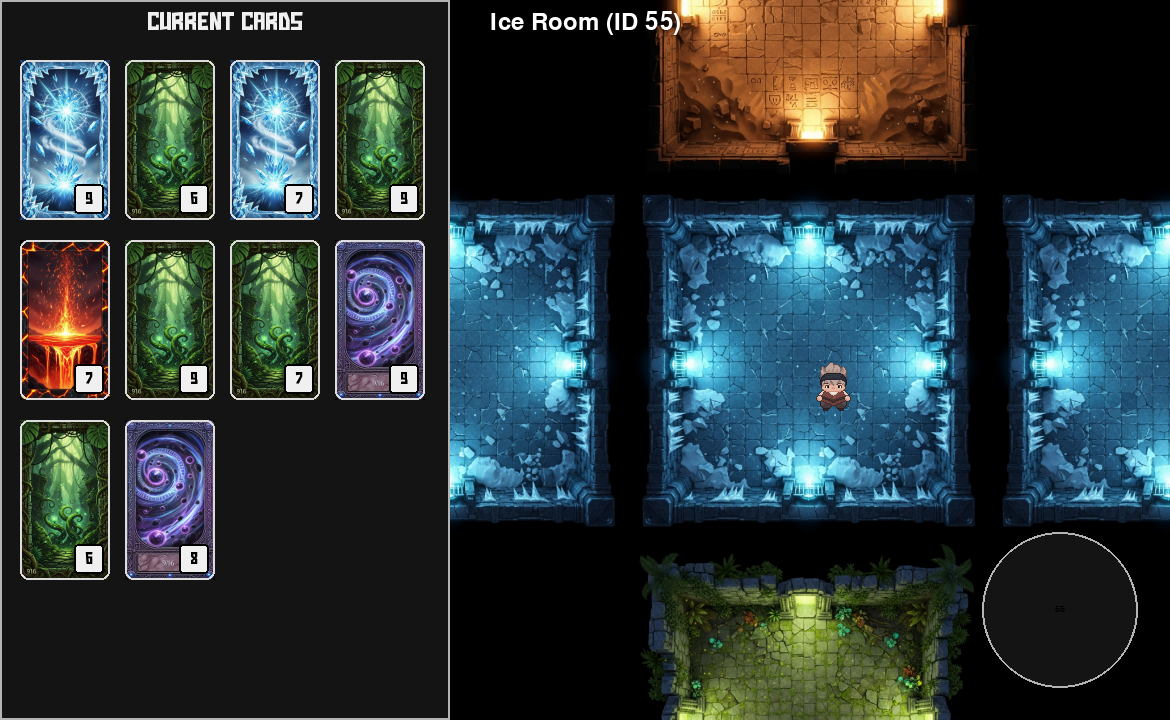
Repository: MehediMim/GateBound
Script's output: python main.py
An editor plug-in stored every save of this project. The script's output is shown before and after a run of saves, followed by the edit.
The window is shown after at most 60 frames with no key pressed. Random numbers start from a fixed seed. It also reads assets/bg_arcane.png, assets/bg_desert.png, assets/bg_ice.png, assets/bg_jungle.png, assets/bg_volcanic.png, assets/card_arcane.jpeg, assets/card_desert.jpeg, assets/card_ice.jpeg, assets/card_jungle.jpeg, assets/card_volcanic.jpeg, assets/player_idle.png, assets/player_walk.png and 1 more files.

Above is the script's output before, as saved 2026-01-26 23:55:21.

### main.py
import pygame
import sys
import random

# =========================
# CONFIG
# =========================
ROOM_ORIGINAL = 720
ROOM_SCALE = 0.5
ROOM_DRAW = int(ROOM_ORIGINAL * ROOM_SCALE)  # 512
FPS = 60
PLAYER_SPEED = 5
DEBUG = False
CARD_WIDTH  = 90
CARD_HEIGHT = 160   # 180 × 16 / 9 ≈ 320

CAN_PASS_DOOR = False

FRAME_SIZE = 64
FRAMES_PER_ROW = 4



DIR_ROW = {
    "bottom": 0,
    "left": 1,
    "top": 2,
    "right": 3
}

selected_card_index = None
show_swap_ui = False

explored_rooms = set()



GRID_W = 10
GRID_H = 10

visited_rooms = set()


# =========================
# UI / LAYOUT (IMPORTANT)
# =========================
SIDEBAR_W = 450            # LEFT UI ONLY
PREVIEW_MARGIN = ROOM_DRAW // 2     # space for half rooms

SCREEN_WIDTH  = SIDEBAR_W + ROOM_DRAW + PREVIEW_MARGIN * 2
SCREEN_HEIGHT = ROOM_DRAW + PREVIEW_MARGIN * 2

CARD_TYPES = ["Jungle", "Desert", "Ice", "Volcanic", "Arcane"]
CARD_MIN_POWER = 1
CARD_MAX_POWER = 9
MAX_CARDS = 10

selected_card_indices = set()


# One card per gate (fixed once generated)
gate_cards = {
    "top":    {"reward": None, "power": None},
    "bottom": {"reward": None, "power": None},
    "left":   {"reward": None, "power": None},
    "right":  {"reward": None, "power": None},
}

def create_random_card():
    return {
        "type": random.choice(CARD_TYPES),
        "power": random.randint(CARD_MIN_POWER, CARD_MAX_POWER)
    }
cards = []
for _ in range(MAX_CARDS):
    c = create_random_card()
    c["power"] = random.randint(6, CARD_MAX_POWER)  # stronger start
    cards.append(c)

def init_gate_cards():
    for d in gate_cards:
        power = random.randint(CARD_MIN_POWER, CARD_MAX_POWER)
        gate_cards[d]["power"] = power

        reward = create_random_card()
        reward["power"] = power   # SAME POWER
        gate_cards[d]["reward"] = reward





# =========================
# INIT
# =========================
pygame.init()
screen = pygame.display.set_mode((SCREEN_WIDTH, SCREEN_HEIGHT))
idle_sheet = pygame.image.load("assets/player_idle.png").convert_alpha()
walk_sheet = pygame.image.load("assets/player_walk.png").convert_alpha()

pygame.display.set_caption("Tower Puzzle — Rooms (10x10)")
clock = pygame.time.Clock()

font = pygame.font.SysFont(None, 36)
map_font = pygame.font.SysFont(None, 14)
retro_font = pygame.font.Font("assets/retro.ttf", 26)
retro_small = pygame.font.Font("assets/retro.ttf", 16)

player_dir = "bottom"   # default facing
player_frame = 0
anim_timer = 0
moving = False


def get_player_frame(direction, frame, moving):
    row = DIR_ROW[direction]
    sheet = walk_sheet if moving else idle_sheet

    x = frame * FRAME_SIZE
    y = row * FRAME_SIZE

    return sheet.subsurface((x, y, FRAME_SIZE, FRAME_SIZE))

# =========================
# ROOM TYPES + BG
# =========================
ROOM_TYPES = ["Jungle", "Desert", "Ice", "Volcanic", "Arcane"]

BG_RAW = {
    "Jungle": pygame.image.load("assets/bg_jungle.png").convert(),
    "Desert": pygame.image.load("assets/bg_desert.png").convert(),
    "Ice": pygame.image.load("assets/bg_ice.png").convert(),
    "Volcanic": pygame.image.load("assets/bg_volcanic.png").convert(),
    "Arcane": pygame.image.load("assets/bg_arcane.png").convert(),
}
card_images = {
    "jungle": pygame.image.load("assets/card_jungle.jpeg").convert_alpha(),
    "desert": pygame.image.load("assets/card_desert.jpeg").convert_alpha(),
    "ice": pygame.image.load("assets/card_ice.jpeg").convert_alpha(),
    "volcanic": pygame.image.load("assets/card_volcanic.jpeg").convert_alpha(),
    "arcane": pygame.image.load("assets/card_arcane.jpeg").convert_alpha(),
}
CARD_IMAGE_KEY = {
    "Jungle": "jungle",
    "Desert": "desert",
    "Ice": "ice",
    "Volcanic": "volcanic",
    "Arcane": "arcane",
}

ROOM_COLORS = {
    "Jungle":   (60, 160, 90),
    "Desert":   (210, 190, 90),
    "Ice":      (140, 200, 255),
    "Volcanic": (200, 80, 60),
    "Arcane":   (160, 110, 210),
}

passed_free_gate = {
    "top": False,
    "bottom": False,
    "left": False,
    "right": False,
}

def update_free_gate():
    for d, g in FREE_GATES.items():
        if player.colliderect(g):
            passed_free_gate[d] = True


BG = {
    k: pygame.transform.smoothscale(v, (ROOM_DRAW, ROOM_DRAW))
    for k, v in BG_RAW.items()
}

for key in card_images:
    card_images[key] = pygame.transform.smoothscale(
        card_images[key],
        (CARD_WIDTH, CARD_HEIGHT)
    )

# =========================
# GAME BOX (UNCHANGED LOGIC)
# =========================
GAME_BOX_RECT = pygame.Rect(
    SIDEBAR_W + PREVIEW_MARGIN,
    PREVIEW_MARGIN,
    ROOM_DRAW,
    ROOM_DRAW
)

ROOM_RECT = GAME_BOX_RECT.copy()

GATE_THICK = 6

# FREE gate is closer to room center (hit first)
FREE_GATES = {
    "top":    pygame.Rect(ROOM_RECT.centerx - 56, ROOM_RECT.top + 28, 112, GATE_THICK),
    "bottom": pygame.Rect(ROOM_RECT.centerx - 56, ROOM_RECT.bottom - 28 - GATE_THICK, 112, GATE_THICK),
    "left":   pygame.Rect(ROOM_RECT.left + 28, ROOM_RECT.centery - 56, GATE_THICK, 112),
    "right":  pygame.Rect(ROOM_RECT.right - 28 - GATE_THICK, ROOM_RECT.centery - 56, GATE_THICK, 112),
}

# LOCKED gate is closer to the edge (hit second)
LOCKED_GATES = {
    "top":    pygame.Rect(ROOM_RECT.centerx - 56, ROOM_RECT.top + 12, 112, GATE_THICK),
    "bottom": pygame.Rect(ROOM_RECT.centerx - 56, ROOM_RECT.bottom - 12 - GATE_THICK, 112, GATE_THICK),
    "left":   pygame.Rect(ROOM_RECT.left + 12, ROOM_RECT.centery - 56, GATE_THICK, 112),
    "right":  pygame.Rect(ROOM_RECT.right - 12 - GATE_THICK, ROOM_RECT.centery - 56, GATE_THICK, 112),
}


# =========================
# DOORS
# =========================
DOORS = {
    "top":    pygame.Rect(ROOM_RECT.centerx - 56, ROOM_RECT.top - 112, 112, 112),
    "bottom": pygame.Rect(ROOM_RECT.centerx - 56, ROOM_RECT.bottom,     112, 112),
    "left":   pygame.Rect(ROOM_RECT.left - 112,   ROOM_RECT.centery - 56, 112, 112),
    "right":  pygame.Rect(ROOM_RECT.right,        ROOM_RECT.centery - 56, 112, 112),
}

WALL_THICK = 32

WALLS = {
    "top": pygame.Rect(
        ROOM_RECT.left, ROOM_RECT.top,
        ROOM_DRAW, WALL_THICK
    ),
    "bottom": pygame.Rect(
        ROOM_RECT.left, ROOM_RECT.bottom - WALL_THICK,
        ROOM_DRAW, WALL_THICK
    ),
    "left": pygame.Rect(
        ROOM_RECT.left, ROOM_RECT.top,
        WALL_THICK, ROOM_DRAW
    ),
    "right": pygame.Rect(
        ROOM_RECT.right - WALL_THICK, ROOM_RECT.top,
        WALL_THICK, ROOM_DRAW
    ),
}


WALK_RECT = ROOM_RECT.copy()
for r in DOORS.values():
    WALK_RECT.union_ip(r)

SPAWN = ROOM_RECT.center

# =========================
# WORLD (10x10 FIXED)
# =========================
rooms = {}

def room_id(x, y):
    return y * GRID_W + x

def create_world():
    for y in range(GRID_H):
        for x in range(GRID_W):
            rid = room_id(x, y)
            links = {}
            if y > 0: links["top"] = room_id(x, y - 1)
            if y < GRID_H - 1: links["bottom"] = room_id(x, y + 1)
            if x > 0: links["left"] = room_id(x - 1, y)
            if x < GRID_W - 1: links["right"] = room_id(x + 1, y)

            rooms[rid] = {
                "id": rid,
                "pos": (x, y),
                "type": random.choice(ROOM_TYPES),
                "links": links,
                "open_gates": {d: False for d in links}   # 👈 ADD THIS
            }


create_world()
current = room_id(GRID_W // 2, GRID_H // 2)
init_gate_cards()
visited_rooms.add(current)



# =========================
# PLAYER
# =========================
player = pygame.Rect(0, 0, 16, 16)
player.center = SPAWN

# =========================
# CARDS
# =========================


# =========================
# MOVEMENT
# =========================
def move(dx, dy):
    # X
    player.x += dx
    for w in get_blocking_walls():
        if player.colliderect(w):
            if dx > 0: player.right = w.left
            if dx < 0: player.left = w.right



    # Y
    player.y += dy
    for w in get_blocking_walls():
        if player.colliderect(w):
            if dy > 0: player.bottom = w.top
            if dy < 0: player.top = w.bottom

    for d, g in LOCKED_GATES.items():
        if rooms[current]["open_gates"].get(d, False):
            continue

        if not passed_free_gate[d]:
            continue
        if player.colliderect(g):
            if dx > 0: player.right = g.left
            if dx < 0: player.left = g.right
            if dy > 0: player.bottom = g.top
            if dy < 0: player.top = g.bottom

def can_interact_gate():
    d = get_free_gate_dir()
    if d is None:
        return None

    # gate already permanently open → no interaction
    if rooms[current]["open_gates"].get(d, False):
        return None

    return d



def try_swap_with_gate(d, selected_indices):
    global cards

    required_type = get_next_room_type(d)
    required_power = gate_cards[d]["power"]

    chosen = [cards[i] for i in selected_indices]

    # TYPE CHECK
    if any(c["type"] != required_type for c in chosen):
        return False

    # POWER SUM CHECK
    if sum(c["power"] for c in chosen) < required_power:
        return False


    # REMOVE GIVEN CARDS
    for i in sorted(selected_indices, reverse=True):
        cards.pop(i)

    # ADD REWARD CARD
    cards.append(gate_cards[d]["reward"])

    cur = current
    nxt = rooms[current]["links"][d]

    # open gate both sides
    rooms[cur]["open_gates"][d] = True

    opposite = {"top":"bottom", "bottom":"top", "left":"right", "right":"left"}
    rooms[nxt]["open_gates"][opposite[d]] = True

    change_room(d)

    return True



def change_room(direction):
    global current, passed_free_gate

    # mark neighbors as explored
    for nxt in rooms[current]["links"].values():
        explored_rooms.add(nxt)

    if direction in rooms[current]["links"]:
        current = rooms[current]["links"][direction]
        visited_rooms.add(current)
        explored_rooms.add(current)

        player.center = SPAWN
        passed_free_gate = {k: False for k in passed_free_gate}


def can_use_card_for_gate(card, d):
    if d is None:
        return False

    required_type = get_next_room_type(d)
    required_power = gate_cards[d]["power"]

    if card["type"] != required_type:
        return False

    # total power of ALL SAME-TYPE cards (including this one)
    total = sum(
        c["power"] for c in cards
        if c["type"] == required_type
    )

    # glow ONLY if reaching the requirement is possible
    return total >= required_power



def handle_doors():
    global current

    for d, r in DOORS.items():
        if not rooms[current]["open_gates"].get(d, False):
            continue

        if player.colliderect(r):
            prev = current
            current = rooms[current]["links"].get(d, current)
            player.center = SPAWN

            # clear transient states ONLY
            for k in passed_free_gate:
                passed_free_gate[k] = False

            # ensure gate is open from BOTH sides
            opposite = {
                "top": "bottom",
                "bottom": "top",
                "left": "right",
                "right": "left"
            }[d]

            rooms[current].setdefault("open_gates", {})
            rooms[current]["open_gates"][opposite] = True

            init_gate_cards()
            break

def draw_press_e_hint():
    d = get_free_gate_dir()

    if d is None:
        return
    txt = retro_small.render("PRESS E", True, (255, 255, 255))
    screen.blit(txt, (player.centerx - txt.get_width() // 2, player.top - 20))


# =========================
# DRAW UI
# =========================

def draw_cards_title():
    text = retro_font.render("CURRENT CARDS", True, (240, 240, 240))
    x = (SIDEBAR_W - text.get_width()) // 2
    y = 10
    screen.blit(text, (x, y))


def draw_cards():
    start_x = 20
    start_y = 60
    gap_x = 15
    gap_y = 20
    cards_per_row = 4

    for i, c in enumerate(cards):
        key = CARD_IMAGE_KEY[c["type"]]

        row = i // cards_per_row
        col = i % cards_per_row

        x = start_x + col * (CARD_WIDTH + gap_x)
        y = start_y + row * (CARD_HEIGHT + gap_y)

        # card image
        screen.blit(card_images[key], (x, y))

        # GLOW IF CARD CAN BE USED FOR CURRENT GATE
        d = can_interact_gate()
        if d and can_use_card_for_gate(c, d):
            glow = pygame.Surface((CARD_WIDTH, CARD_HEIGHT), pygame.SRCALPHA)
            glow.fill((255, 255, 255, 50))
            screen.blit(glow, (x, y))


        # border
        if i in selected_card_indices:
            # glow border
            pygame.draw.rect(
                screen,
                (255, 255, 120),   # glow color
                (x-3, y-3, CARD_WIDTH+6, CARD_HEIGHT+6),
                3,
                border_radius=10
            )

        pygame.draw.rect(
            screen,
            (220, 220, 220),
            (x, y, CARD_WIDTH, CARD_HEIGHT),
            2,
            border_radius=8
        )


        # 🔥 POWER BADGE (BOTTOM-RIGHT)
        power_text = retro_small.render(str(c["power"]), True, (0, 0, 0))
        badge_size = 30
        badge_x = x + CARD_WIDTH - badge_size - 6
        badge_y = y + CARD_HEIGHT - badge_size - 6

        pygame.draw.rect(
            screen,
            (240, 240, 240),
            (badge_x, badge_y, badge_size, badge_size),
            border_radius=4
        )
        pygame.draw.rect(
            screen,
            (0, 0, 0),
            (badge_x, badge_y, badge_size, badge_size),
            2,
            border_radius=4
        )

        screen.blit(
            power_text,
            (
                badge_x + (badge_size - power_text.get_width()) // 2,
                badge_y + (badge_size - power_text.get_height()) // 2
            )
        )


def get_free_gate_dir():
    for d, g in FREE_GATES.items():
        if player.colliderect(g):
            return d
    return None

def draw_full_card(card, x, y):
    key = CARD_IMAGE_KEY[card["type"]]

    # image
    screen.blit(card_images[key], (x, y))

    # border
    pygame.draw.rect(
        screen,
        (220, 220, 220),
        (x, y, CARD_WIDTH, CARD_HEIGHT),
        2,
        border_radius=8
    )

    # power badge
    badge_size = 30
    badge_x = x + CARD_WIDTH - badge_size - 6
    badge_y = y + CARD_HEIGHT - badge_size - 6

    pygame.draw.rect(
        screen,
        (240, 240, 240),
        (badge_x, badge_y, badge_size, badge_size),
        border_radius=4
    )
    pygame.draw.rect(
        screen,
        (0, 0, 0),
        (badge_x, badge_y, badge_size, badge_size),
        2,
        border_radius=4
    )

    power_text = retro_small.render(str(card["power"]), True, (0, 0, 0))
    screen.blit(
        power_text,
        (
            badge_x + (badge_size - power_text.get_width()) // 2,
            badge_y + (badge_size - power_text.get_height()) // 2
        )
    )



def draw_debug_borders():
    # Sidebar
    pygame.draw.rect(screen, (255, 0, 0), (0, 0, SIDEBAR_W, SCREEN_HEIGHT), 2)

    # Main room
    pygame.draw.rect(screen, (0, 255, 0), ROOM_RECT, 2)

    # Doors
    for w in get_blocking_walls():
        pygame.draw.rect(screen, (255, 0, 0), w, 2)

    for g in FREE_GATES.values():
        pygame.draw.rect(screen, (0, 255, 0), g, 2)   # first = free

    for g in LOCKED_GATES.values():
        pygame.draw.rect(screen, (255, 255, 0), g, 2) # second = needs E


    # Walkable area
    pygame.draw.rect(screen, (0, 200, 255), WALK_RECT, 2)

    # Card slots
    start_x = 20
    start_y = 60
    gap_x = 15
    gap_y = 20
    cards_per_row = 3

    for i in range(MAX_CARDS):
        row = i // cards_per_row
        col = i % cards_per_row

        x = start_x + col * (CARD_WIDTH + gap_x)
        y = start_y + row * (CARD_HEIGHT + gap_y)

        pygame.draw.rect(
            screen,
            (255, 0, 255),
            (x, y, CARD_WIDTH, CARD_HEIGHT),
            1
        )


def get_blocking_walls():
    blocks = []

    for side, wall in WALLS.items():
        door = DOORS[side]
        left_part = wall.clip(
            pygame.Rect(wall.left, wall.top, door.left - wall.left, wall.height)
        )
        right_part = wall.clip(
            pygame.Rect(door.right, wall.top, wall.right - door.right, wall.height)
        )

        if wall.width > wall.height:  # horizontal wall
            blocks.append(pygame.Rect(wall.left, wall.top, door.left - wall.left, wall.height))
            blocks.append(pygame.Rect(door.right, wall.top, wall.right - door.right, wall.height))
        else:  # vertical wall
            blocks.append(pygame.Rect(wall.left, wall.top, wall.width, door.top - wall.top))
            blocks.append(pygame.Rect(wall.left, door.bottom, wall.width, wall.bottom - door.bottom))

    return blocks

def get_next_room_type(d):
    nxt = rooms[current]["links"].get(d)
    if nxt is None:
        return None
    return rooms[nxt]["type"]

def draw_minimap():
    panel_size = 160
    panel_x = SCREEN_WIDTH - panel_size - 30
    panel_y = SCREEN_HEIGHT - panel_size - 30


    node = 14
    gap = 4
    step = node + gap
    radius = 5  # how many rooms around current

    center = (panel_x + panel_size // 2, panel_y + panel_size // 2)
    radius_px = panel_size // 2 -2

    pygame.draw.circle(screen, (20, 20, 20), center, radius_px)
    pygame.draw.circle(screen, (180, 180, 180), center, radius_px, 2)

    cx0, cy0 = rooms[current]["pos"]

    center_x = panel_x + panel_size // 2 - node // 2
    center_y = panel_y + panel_size // 2 - node // 2

    for dy in range(-radius, radius + 1):
        for dx in range(-radius, radius + 1):
            nx = cx0 + dx
            ny = cy0 + dy

            if nx < 0 or ny < 0 or nx >= GRID_W or ny >= GRID_H:
                continue

            rid = room_id(nx, ny)

            x = center_x + dx * step
            y = center_y + dy * step

            if rid == current:
                color = (255, 255, 255)  # CURRENT
            elif rid in visited_rooms:
                color = (245, 245, 245)  # VISITED
            elif rid in explored_rooms:
                color = ROOM_COLORS[rooms[rid]["type"]]  # EXPLORED
            else:
                color = (0, 0, 0)  # UNKNOWN

            rx = x + node // 2
            ry = y + node // 2


            if rid in visited_rooms:
                if (rx - center[0])**2 + (ry - center[1])**2 <= radius_px**2:
                    screen.blit(map_font.render(str(rid), True, (0, 0, 0)), (x + 2, y + 1))


def draw_card(screen, card_type, x, y):
    draw_full_card(card_type, x, y)


def draw_card_with_border(screen, card_type, x, y):
    screen.blit(card_images[card_type], (x, y))
    pygame.draw.rect(
        screen,
        (220, 220, 220),  # light border
        (x, y, CARD_WIDTH, CARD_HEIGHT),
        2
    )

def draw_selected_card(screen, card_type, x, y):
    screen.blit(card_images[card_type], (x, y))
    glow_rect = pygame.Surface((CARD_WIDTH, CARD_HEIGHT), pygame.SRCALPHA)
    glow_rect.fill((255, 255, 255, 40))  # soft white glow
    screen.blit(glow_rect, (x, y))

def draw_gate_card_popup():
    d = can_interact_gate()
    if d is None:
        return

    give_type = get_next_room_type(d)
    power = gate_cards[d]["power"]
    reward = gate_cards[d]["reward"]

    cx = ROOM_RECT.centerx
    cy = ROOM_RECT.centery

    # GIVE
    txt1 = retro_small.render("YOU GIVE", True, (255,255,255))
    screen.blit(txt1, (cx-120, cy-140))
    draw_full_card({"type": give_type, "power": power}, cx-150, cy-110)

    # GET
    txt2 = retro_small.render("YOU GET", True, (255,255,255))
    screen.blit(txt2, (cx+30, cy-140))
    draw_full_card(reward, cx+30, cy-110)


def draw_swap_button():
    if not show_swap_ui or not selected_card_indices:
        return None


    rect = pygame.Rect(
        ROOM_RECT.centerx - 60,
        ROOM_RECT.centery + CARD_HEIGHT//2 + 20,
        120, 40
    )

    pygame.draw.rect(screen, (80,180,80), rect, border_radius=6)
    pygame.draw.rect(screen, (0,0,0), rect, 2)

    txt = retro_small.render("SWAP", True, (0,0,0))
    screen.blit(txt, (rect.centerx - txt.get_width()//2,
                      rect.centery - txt.get_height()//2))
    return rect


# =========================
# LOOP
# =========================
while True:
    clock.tick(FPS)
    pressed_e = False
    for e in pygame.event.get():
        if e.type == pygame.QUIT:
            pygame.quit()
            sys.exit()
        if e.type == pygame.KEYDOWN and e.key == pygame.K_e:
            pressed_e = True

    if show_swap_ui and e.type == pygame.MOUSEBUTTONDOWN:
        mx, my = e.pos
        start_x = 20
        start_y = 60
        gap_x = 15
        gap_y = 20
        cards_per_row = 3
        for i, c in enumerate(cards):
            row = i // cards_per_row
            col = i % cards_per_row
            x = start_x + col * (CARD_WIDTH + gap_x)
            y = start_y + row * (CARD_HEIGHT + gap_y)

            card_rect = pygame.Rect(x, y, CARD_WIDTH, CARD_HEIGHT)
            if card_rect.collidepoint(mx, my):
                if i in selected_card_indices:
                    selected_card_indices.remove(i)
                else:
                    selected_card_indices.add(i)
                break



    if show_swap_ui and e.type == pygame.MOUSEBUTTONDOWN:
        btn = draw_swap_button()
        if btn and btn.collidepoint(e.pos):
            d = can_interact_gate()
            if d and selected_card_indices:
                if try_swap_with_gate(d, selected_card_indices):
                    selected_card_indices.clear()





    k = pygame.key.get_pressed()
    dx = dy = 0
    if k[pygame.K_a] or k[pygame.K_LEFT]: dx -= PLAYER_SPEED
    if k[pygame.K_d] or k[pygame.K_RIGHT]: dx += PLAYER_SPEED
    if k[pygame.K_w] or k[pygame.K_UP]: dy -= PLAYER_SPEED
    if k[pygame.K_s] or k[pygame.K_DOWN]: dy += PLAYER_SPEED

    move(dx, dy)
        # === STEP 4: animation update ===
    if dx != 0 or dy != 0:
        moving = True

        if dy > 0: player_dir = "bottom"
        elif dy < 0: player_dir = "top"
        elif dx < 0: player_dir = "left"
        elif dx > 0: player_dir = "right"

        anim_timer += 1
        if anim_timer >= 8:        # animation speed
            anim_timer = 0
            player_frame = (player_frame + 1) % 4
    else:
        moving = False
        player_frame = 0






    handle_doors()

    update_free_gate()

    gate_dir = can_interact_gate()
    show_swap_ui = gate_dir is not None



    screen.fill((0,0,0))

    # Sidebar
    pygame.draw.rect(screen, (20,20,20), (0,0,SIDEBAR_W,SCREEN_HEIGHT))
    pygame.draw.rect(screen, (180,180,180), (0,0,SIDEBAR_W,SCREEN_HEIGHT), 2)

    # Game box border
    pygame.draw.rect(screen, (30,30,30), GAME_BOX_RECT)
    pygame.draw.rect(screen, (180,180,180), GAME_BOX_RECT, 2)

    room = rooms[current]
    cx, cy = ROOM_RECT.topleft
    w = h = ROOM_DRAW
    half = w // 2

    # Center
    screen.blit(BG[room["type"]], (cx, cy))

    # Neighbors (VISIBLE, NOT CLIPPED)
    if "top" in room["links"]:
        t = rooms[room["links"]["top"]]
        screen.blit(BG[t["type"]].subsurface((0, half, w, half)), (cx, cy-half))
    if "bottom" in room["links"]:
        b = rooms[room["links"]["bottom"]]
        screen.blit(BG[b["type"]].subsurface((0, 0, w, half)), (cx, cy+w))
    if "left" in room["links"]:
        l = rooms[room["links"]["left"]]
        screen.blit(BG[l["type"]].subsurface((half, 0, half, h)), (cx-half, cy))
    if "right" in room["links"]:
        r = rooms[room["links"]["right"]]
        screen.blit(BG[r["type"]].subsurface((0, 0, half, h)), (cx+w, cy))

    # === STEP 5: draw animated player ===
    img = get_player_frame(player_dir, player_frame, moving)
    screen.blit(img, player.topleft)

    draw_press_e_hint()
    draw_cards_title()
    # draw_cards()
    # draw_gate_card_popup()


    draw_cards()
    # draw_cards()
    draw_minimap()
    draw_gate_card_popup()
    draw_swap_button()



    label = font.render(f"{room['type']} Room (ID {current})", True, (255,255,255))
    screen.blit(label, (SCREEN_WIDTH//2 - label.get_width()//2, 10))


    if DEBUG:
        draw_debug_borders()


    pygame.display.flip()

After the next 8 saves:
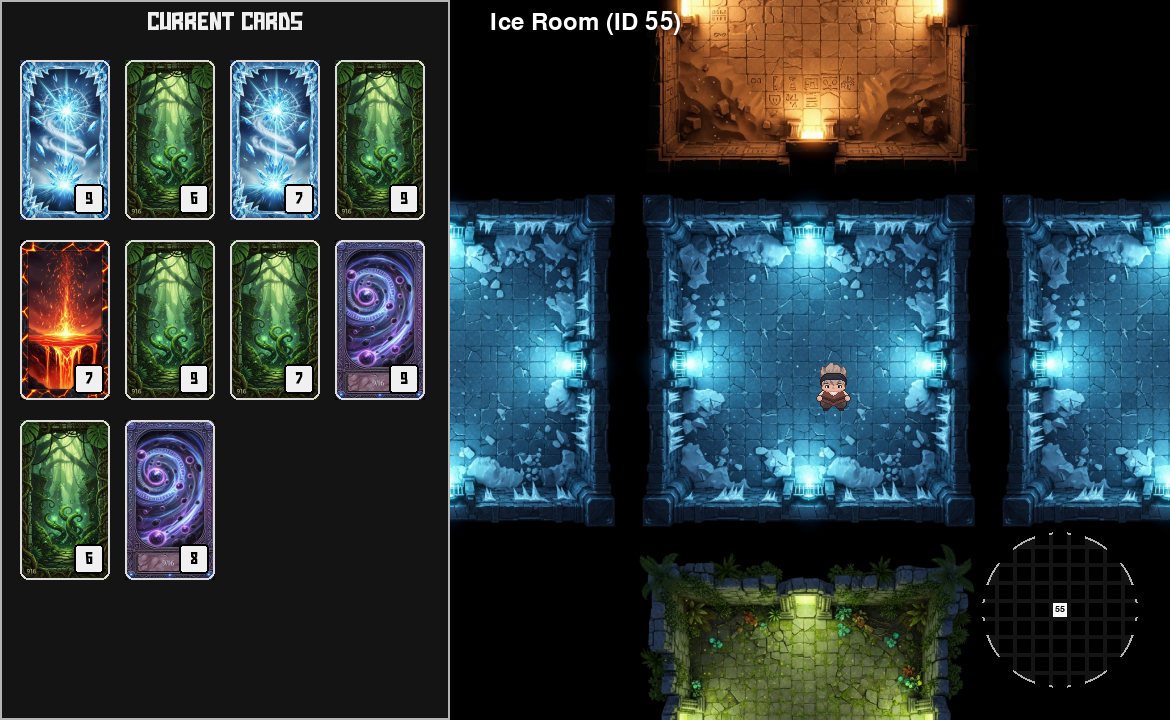
The 8 saves are shown as one change because 4 did not build or start and some came seconds apart.
The last was saved 5 min 1 s later.
--- a/main.py
+++ b/main.py
@@ -667,6 +667,12 @@ def draw_minimap():
     panel_x = SCREEN_WIDTH - panel_size - 30
     panel_y = SCREEN_HEIGHT - panel_size - 30
 
+    center = (
+        panel_x + panel_size // 2,
+        panel_y + panel_size // 2
+    )
+    radius_px = panel_size // 2 - 2
+
 
     node = 14
     gap = 4
@@ -710,9 +716,15 @@ def draw_minimap():
             ry = y + node // 2
 
 
-            if rid in visited_rooms:
-                if (rx - center[0])**2 + (ry - center[1])**2 <= radius_px**2:
-                    screen.blit(map_font.render(str(rid), True, (0, 0, 0)), (x + 2, y + 1))
+            if (rx - center[0])**2 + (ry - center[1])**2 <= radius_px**2:
+                pygame.draw.rect(screen, color, (x, y, node, node))
+
+                if rid in visited_rooms:
+                    screen.blit(
+                        map_font.render(str(rid), True, (0, 0, 0)),
+                        (x + 2, y + 1)
+                    )
+
 
 
 def draw_card(screen, card_type, x, y):
@@ -849,7 +861,6 @@ while True:
     else:
         moving = False
         player_frame = 0
-
 
 
 
